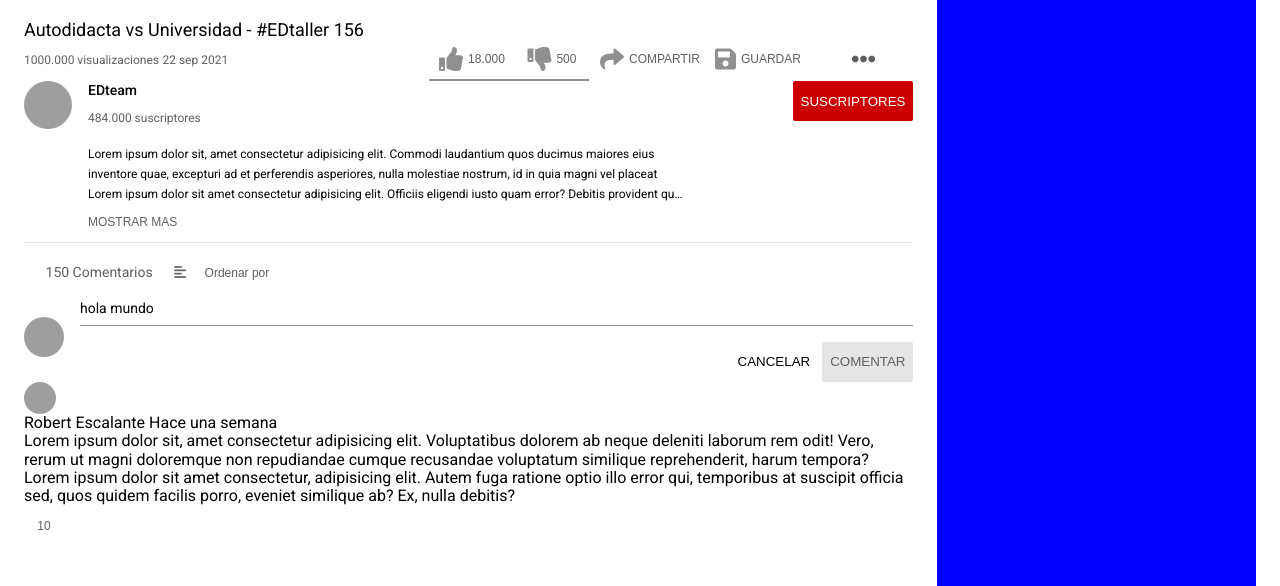
Repository: RobertAries28/ClonYoutube
Page: video.html
The author's editor kept a copy of each file at every save. The page is drawn from the files as they stood at one save, then again after the next save.
The browser window is 1280 px wide. The pictures show the part of the page from y = 580 to 1185 px (the page is 1166 px tall before and 1185 px after).
Pictures or frames that could not be fetched are drawn as grey boxes. Some web libraries are served in a nearby version.

Above is the page before, as saved 2021-09-26 10:39:55.

After the next save:
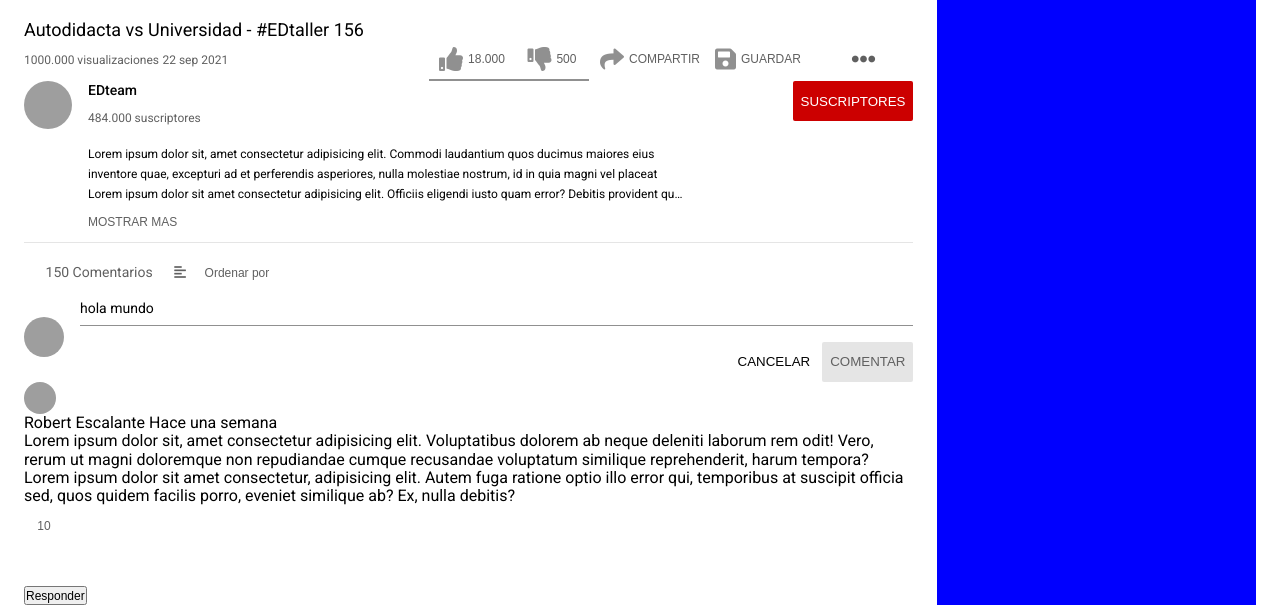
Saved 81 s later.
--- a/video.html
+++ b/video.html
@@ -176,6 +176,10 @@
 
                 </button>
 
+                <button class="action has-text">
+                   <span>Responder</span>
+                </button>
+
                </footer>
             </div>
          </article>
